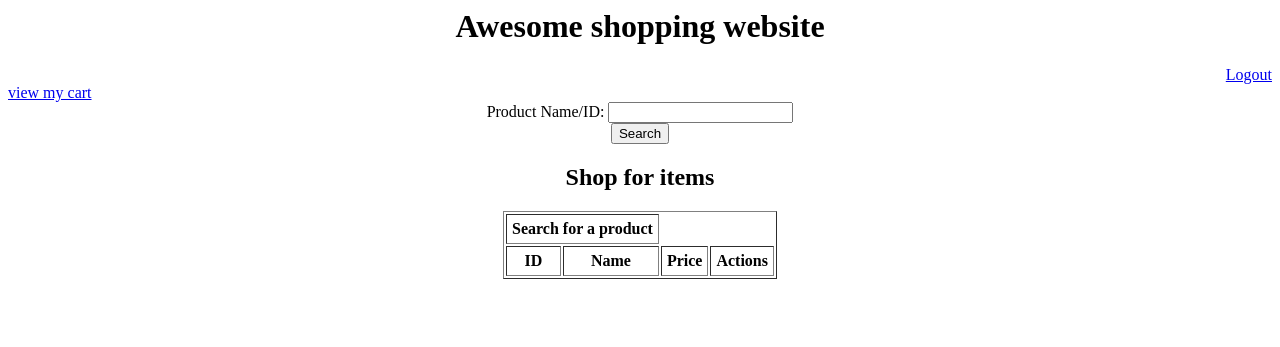
Repository: balu-sadanandan/demo-Shopping-cart-application
Page: http://localhost/shopping-cart/prodcat.jsp
These files come from the project's save history. The page is drawn as it stood at one moment and after the next save; the edit follows.
The browser window is 1280 px wide. The pictures show the whole page.
The page is served by Tomcat 9. The template is opened directly, without the code that normally fills it, so the values that code supplies are empty.

Above is the page before, as saved 2017-09-19 08:13:13.

After the next save:
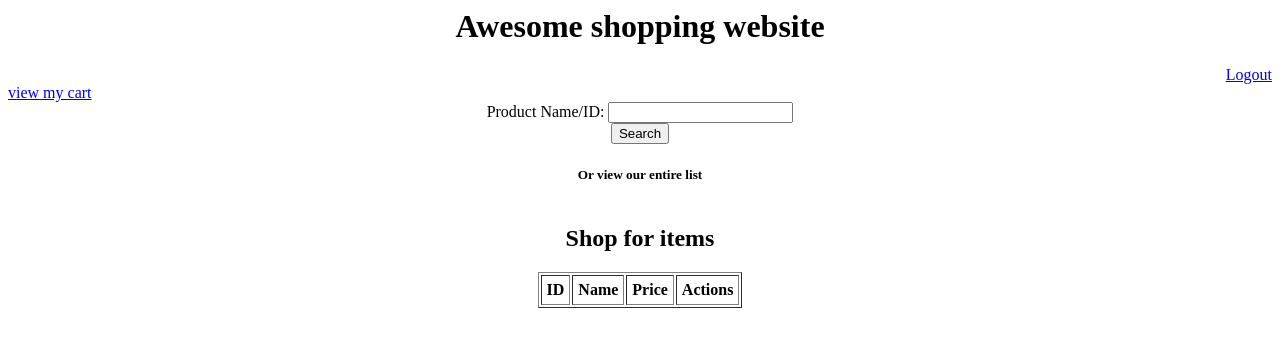
Saved 108 s later.
--- a/shopping-cart/WebContent/prodcat.jsp
+++ b/shopping-cart/WebContent/prodcat.jsp
@@ -22,12 +22,18 @@
     <div align="center">
         <table border="1" cellpadding="5">
             <caption><h2>Shop for items</h2></caption>
+                  <form action="/searchp" method="get">
+  Product Name/ID: <input type="text" name="pname"><br>
+  <input type="submit" value="Search">
+</form>
+<h5>Or view our entire list</h5>
+
             <!--enter search box here  -->
               <!--  <table border="1" width="30%" cellpadding="3"> -->
               <!--   <thead> -->
-                    <tr>
+                  <!--   <tr>
                         <th colspan="2">Search for a product</th>
-                    </tr>
+                    </tr> -->
                <!--  </thead> -->
               <!--   <tbody> -->
              <!--        <tr>
@@ -42,10 +48,7 @@
              <!--    </tbody> -->
          <!--    </table> -->
 
-            <form action="/searchp" method="get">
-  Product Name/ID: <input type="text" name="pname"><br>
-  <input type="submit" value="Search">
-</form>
+
 
             <!-- search box finishes here -->
             <tr>
